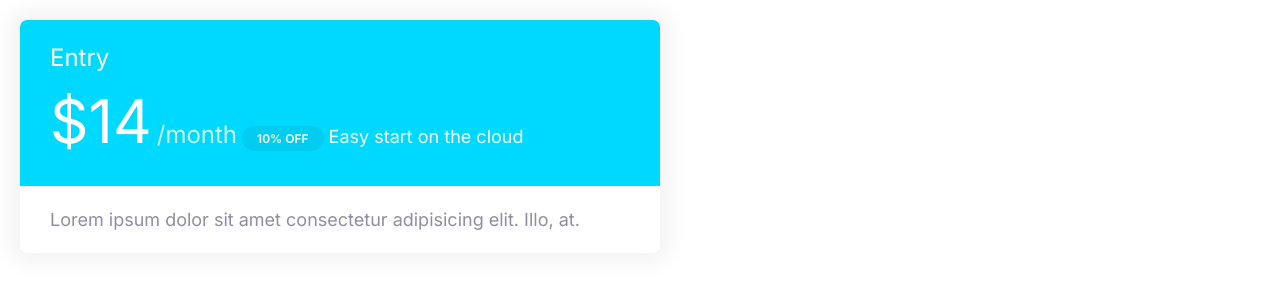
Repository: Qiwenweiii/CodeWithMosh
Page: index.html
The author's editor kept a copy of each file at every save. The page is drawn from the files as they stood at one save, then again after the next save.
The browser window is 1280 px wide. The pictures show the whole page.

Above is the page before, as saved 2021-11-11 22:13:10.

After the next save:
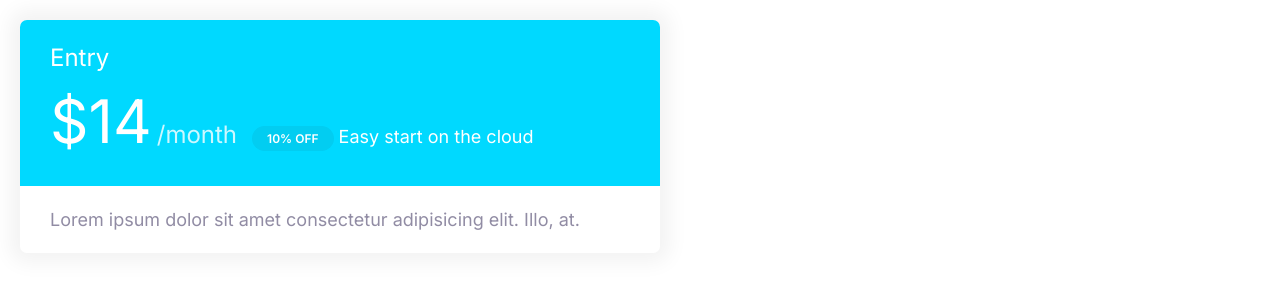
Saved 34 s later.
--- a/styles/styles.css
+++ b/styles/styles.css
@@ -352,4 +352,5 @@ a {
     font-size: 2.4rem;
     font-weight: 300;
     opacity: 0.8;
-}
+    margin-right: 1rem;
+}
